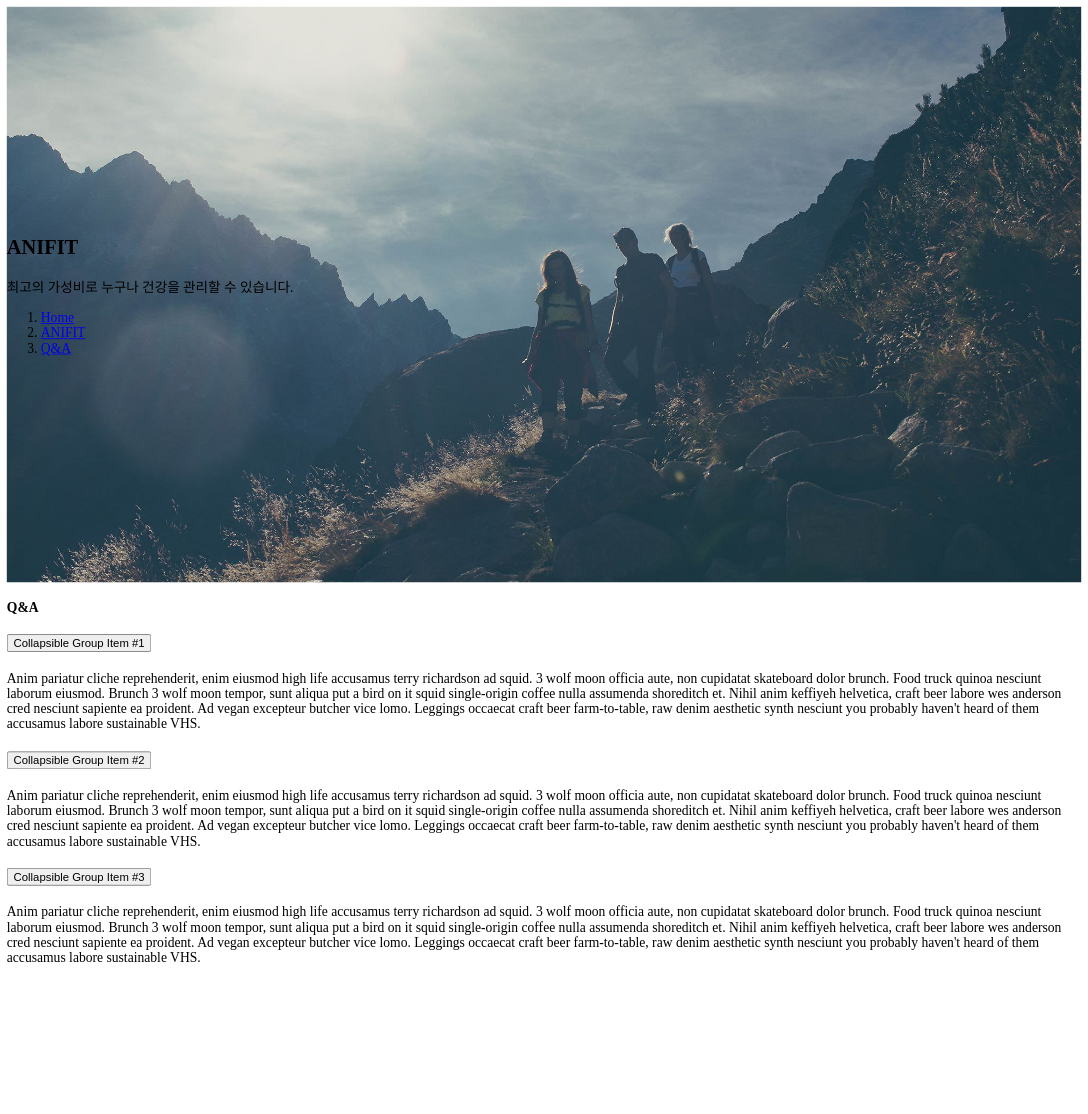
Repository: sjhello/Kitri_SpringProject
Page: http://localhost/SpringProject/WEB-INF/views/qa/qa.jsp
These files come from the project's save history. The page is drawn as it stood at one moment and after the next save; the edit follows.
The browser window is 1280 px wide. The pictures show the whole page, at 85% of full size.
The page is served by Tomcat 9. Nobody is signed in. Other server files are loaded and not shown. The template is opened directly, without the code that normally fills it, so the values that code supplies are empty.

Above is the page before, as saved 2018-12-05 03:22:47.

### SpringProject/src/main/webapp/WEB-INF/views/qa/qa.jsp
<%@ page language="java" contentType="text/html; charset=UTF-8"
    pageEncoding="UTF-8"%>
<section id="page-title" class="page-title-parallax page-title-dark" style="padding: 250px 0; background-image: url('images/about/parallax.jpg'); background-size: cover; background-position: center center;" data-bottom-top="background-position:0px 400px;" data-top-bottom="background-position:0px -500px;">

			<div class="container clearfix">
				<h1>ANIFIT</h1>
				<span>최고의 가성비로 누구나 건강을 관리할 수 있습니다.</span>
				<ol class="breadcrumb">
					<li class="breadcrumb-item"><a href="main.do">Home</a></li>
					<li class="breadcrumb-item"><a href="#">ANIFIT</a></li>
					<li class="breadcrumb-item active" aria-current="page"><a href="qa.do">Q&A</a></li>
				</ol>
			</div>

		</section><!-- #page-title end -->

		<!-- Content
		============================================= -->
		<section id="content">
			<div class="content-wrap">
				<div class="container clearfix" style="margin-bottom: 175px;">
					<h4>Q&A</h4>
					<div class="col_one">
						<div id="accordion">
						  <div class="card">
						    <div class="card-header" id="headingOne">
						      <h5 class="mb-0">
						        <button class="btn btn-link" data-toggle="collapse" data-target="#collapseOne" aria-expanded="true" aria-controls="collapseOne">
						          Collapsible Group Item #1
						        </button>
						      </h5>
						    </div>

						    <div id="collapseOne" class="collapse show" aria-labelledby="headingOne" data-parent="#accordion">
						      <div class="card-body">
						        Anim pariatur cliche reprehenderit, enim eiusmod high life accusamus terry richardson ad squid. 3 wolf moon officia aute, non cupidatat skateboard dolor brunch. Food truck quinoa nesciunt laborum eiusmod. Brunch 3 wolf moon tempor, sunt aliqua put a bird on it squid single-origin coffee nulla assumenda shoreditch et. Nihil anim keffiyeh helvetica, craft beer labore wes anderson cred nesciunt sapiente ea proident. Ad vegan excepteur butcher vice lomo. Leggings occaecat craft beer farm-to-table, raw denim aesthetic synth nesciunt you probably haven't heard of them accusamus labore sustainable VHS.
						      </div>
						    </div>
						  </div>
						  <div class="card">
						    <div class="card-header" id="headingTwo">
						      <h5 class="mb-0">
						        <button class="btn btn-link collapsed" data-toggle="collapse" data-target="#collapseTwo" aria-expanded="false" aria-controls="collapseTwo">
						          Collapsible Group Item #2
						        </button>
						      </h5>
						    </div>
						    <div id="collapseTwo" class="collapse" aria-labelledby="headingTwo" data-parent="#accordion">
						      <div class="card-body">
						        Anim pariatur cliche reprehenderit, enim eiusmod high life accusamus terry richardson ad squid. 3 wolf moon officia aute, non cupidatat skateboard dolor brunch. Food truck quinoa nesciunt laborum eiusmod. Brunch 3 wolf moon tempor, sunt aliqua put a bird on it squid single-origin coffee nulla assumenda shoreditch et. Nihil anim keffiyeh helvetica, craft beer labore wes anderson cred nesciunt sapiente ea proident. Ad vegan excepteur butcher vice lomo. Leggings occaecat craft beer farm-to-table, raw denim aesthetic synth nesciunt you probably haven't heard of them accusamus labore sustainable VHS.
						      </div>
						    </div>
						  </div>
						  <div class="card">
						    <div class="card-header" id="headingThree">
						      <h5 class="mb-0">
						        <button class="btn btn-link collapsed" data-toggle="collapse" data-target="#collapseThree" aria-expanded="false" aria-controls="collapseThree">
						          Collapsible Group Item #3
						        </button>
						      </h5>
						    </div>
						    <div id="collapseThree" class="collapse" aria-labelledby="headingThree" data-parent="#accordion">
						      <div class="card-body">
						        Anim pariatur cliche reprehenderit, enim eiusmod high life accusamus terry richardson ad squid. 3 wolf moon officia aute, non cupidatat skateboard dolor brunch. Food truck quinoa nesciunt laborum eiusmod. Brunch 3 wolf moon tempor, sunt aliqua put a bird on it squid single-origin coffee nulla assumenda shoreditch et. Nihil anim keffiyeh helvetica, craft beer labore wes anderson cred nesciunt sapiente ea proident. Ad vegan excepteur butcher vice lomo. Leggings occaecat craft beer farm-to-table, raw denim aesthetic synth nesciunt you probably haven't heard of them accusamus labore sustainable VHS.
						      </div>
						    </div>
						  </div>
						</div>
					</div>
				</div>
			</div>
		</section><!-- #content end -->

After the next save:
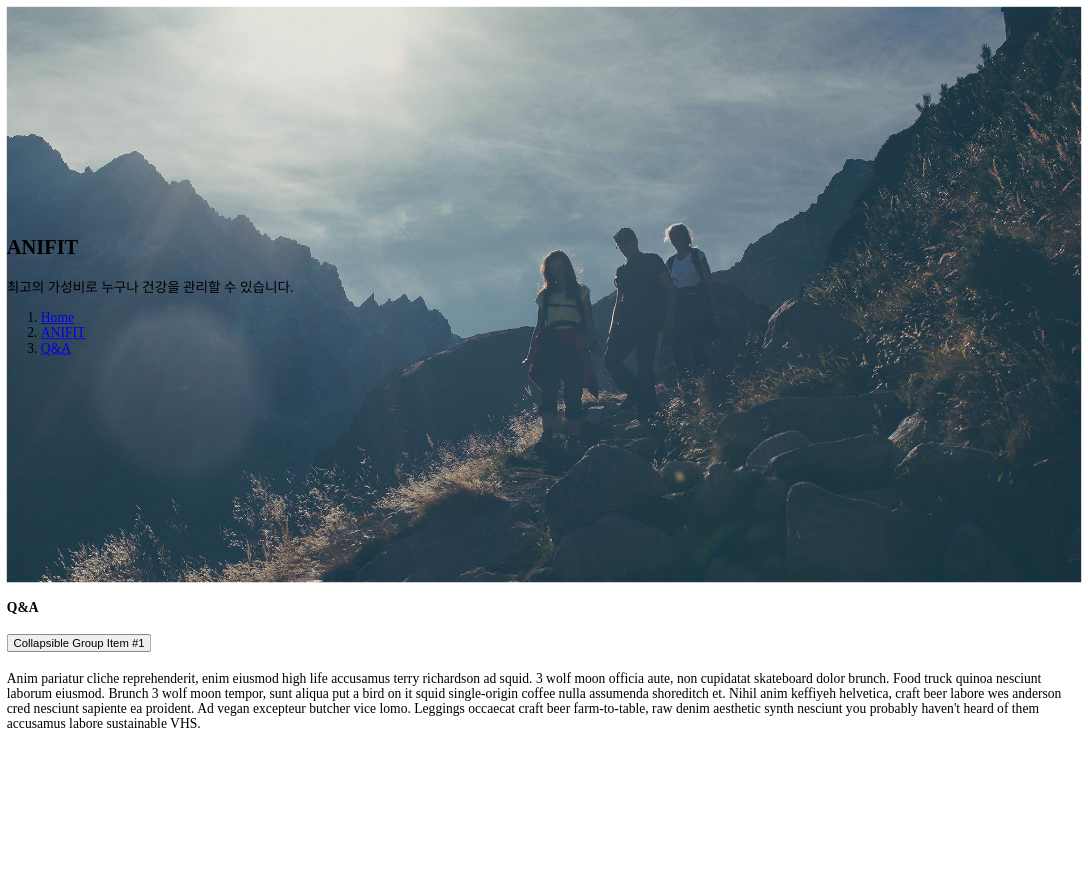
Saved 5 min 48 s later.
--- a/SpringProject/src/main/webapp/WEB-INF/views/qa/qa.jsp
+++ b/SpringProject/src/main/webapp/WEB-INF/views/qa/qa.jsp
@@ -37,34 +37,6 @@
 						      </div>
 						    </div>
 						  </div>
-						  <div class="card">
-						    <div class="card-header" id="headingTwo">
-						      <h5 class="mb-0">
-						        <button class="btn btn-link collapsed" data-toggle="collapse" data-target="#collapseTwo" aria-expanded="false" aria-controls="collapseTwo">
-						          Collapsible Group Item #2
-						        </button>
-						      </h5>
-						    </div>
-						    <div id="collapseTwo" class="collapse" aria-labelledby="headingTwo" data-parent="#accordion">
-						      <div class="card-body">
-						        Anim pariatur cliche reprehenderit, enim eiusmod high life accusamus terry richardson ad squid. 3 wolf moon officia aute, non cupidatat skateboard dolor brunch. Food truck quinoa nesciunt laborum eiusmod. Brunch 3 wolf moon tempor, sunt aliqua put a bird on it squid single-origin coffee nulla assumenda shoreditch et. Nihil anim keffiyeh helvetica, craft beer labore wes anderson cred nesciunt sapiente ea proident. Ad vegan excepteur butcher vice lomo. Leggings occaecat craft beer farm-to-table, raw denim aesthetic synth nesciunt you probably haven't heard of them accusamus labore sustainable VHS.
-						      </div>
-						    </div>
-						  </div>
-						  <div class="card">
-						    <div class="card-header" id="headingThree">
-						      <h5 class="mb-0">
-						        <button class="btn btn-link collapsed" data-toggle="collapse" data-target="#collapseThree" aria-expanded="false" aria-controls="collapseThree">
-						          Collapsible Group Item #3
-						        </button>
-						      </h5>
-						    </div>
-						    <div id="collapseThree" class="collapse" aria-labelledby="headingThree" data-parent="#accordion">
-						      <div class="card-body">
-						        Anim pariatur cliche reprehenderit, enim eiusmod high life accusamus terry richardson ad squid. 3 wolf moon officia aute, non cupidatat skateboard dolor brunch. Food truck quinoa nesciunt laborum eiusmod. Brunch 3 wolf moon tempor, sunt aliqua put a bird on it squid single-origin coffee nulla assumenda shoreditch et. Nihil anim keffiyeh helvetica, craft beer labore wes anderson cred nesciunt sapiente ea proident. Ad vegan excepteur butcher vice lomo. Leggings occaecat craft beer farm-to-table, raw denim aesthetic synth nesciunt you probably haven't heard of them accusamus labore sustainable VHS.
-						      </div>
-						    </div>
-						  </div>
 						</div>
 					</div>
 				</div>
